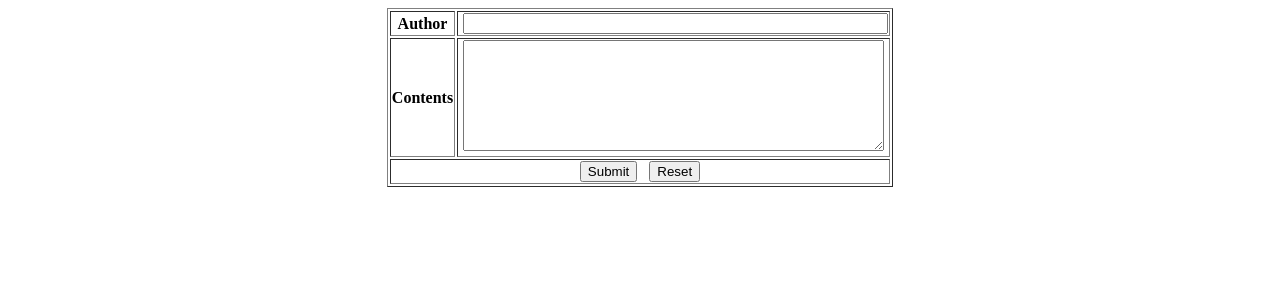
Repository: tomaters/servlets-JSP
Page: jsptest/src/main/webapp/bbs/write.html
The author's editor kept a copy of each file at every save. The page is drawn from the files as they stood at one save, then again after the next save.
The browser window is 1280 px wide. The pictures show the whole page.

Above is the page before, as saved 2023-11-29 05:05:22.

After the next save:
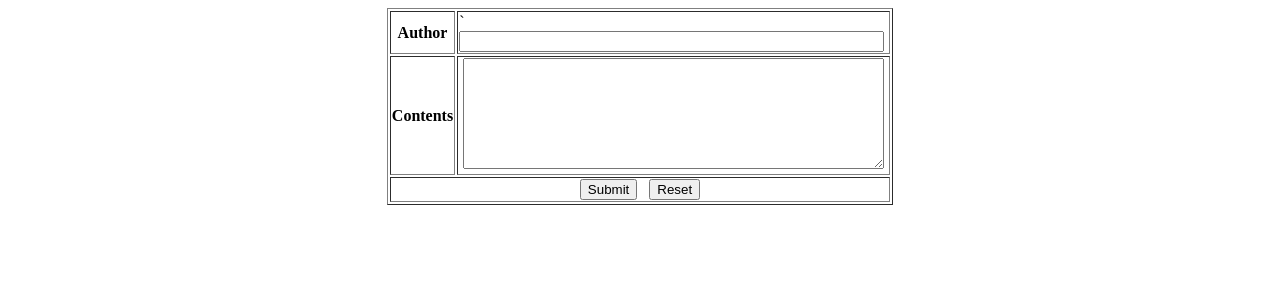
Saved 45 s later.
--- a/jsptest/src/main/webapp/bbs/write.html
+++ b/jsptest/src/main/webapp/bbs/write.html
@@ -9,7 +9,7 @@
       <table align="center" width="500" border="1">
         <tr>
             <th width="70">Author</th>
-        <td width="430">
+        <td width="430">`
           &nbsp;<input type="text" name="writer" size="50">
         </td>
         </tr>

After the save that followed:
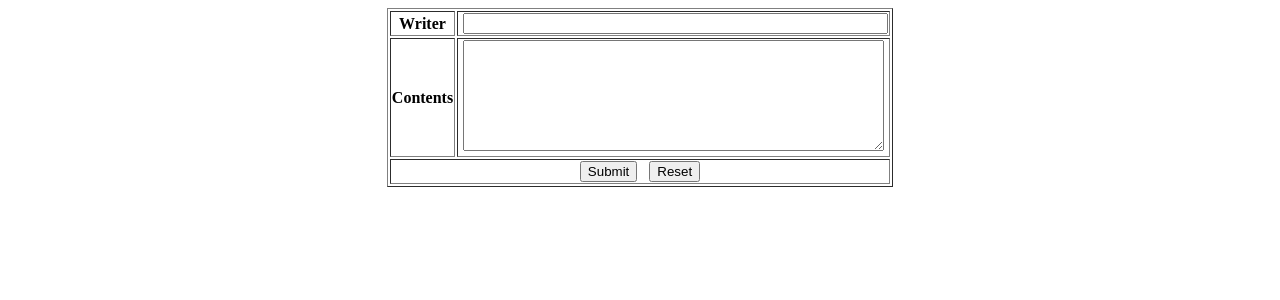
Saved 2 min 30 s later.
--- a/jsptest/src/main/webapp/bbs/write.html
+++ b/jsptest/src/main/webapp/bbs/write.html
@@ -8,8 +8,8 @@
 <form method="post" action="/jsptest/visit">
       <table align="center" width="500" border="1">
         <tr>
-            <th width="70">Author</th>
-        <td width="430">`
+            <th width="70">Writer</th>
+        <td width="430">
           &nbsp;<input type="text" name="writer" size="50">
         </td>
         </tr>
